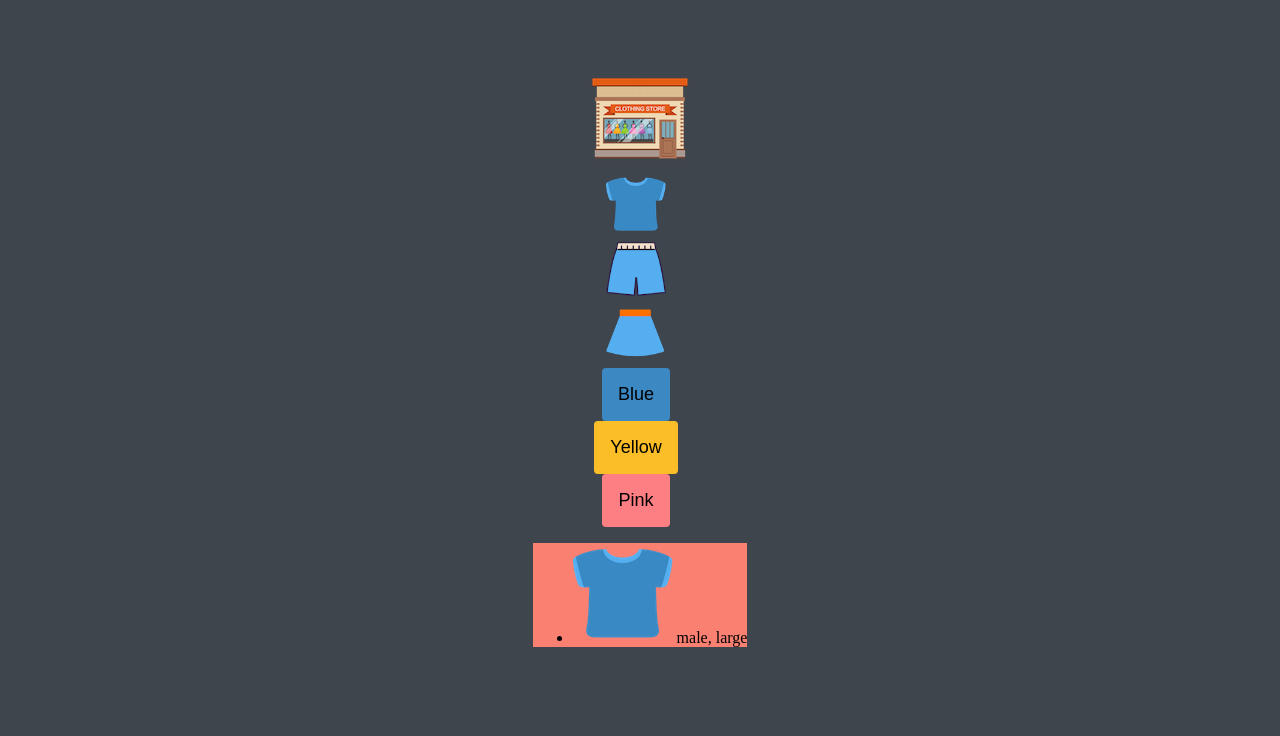
Repository: GoodHoneyCake/Dream_Coding_Academy1
Page: index.html
The author's editor kept a copy of each file at every save. The page is drawn from the files as they stood at one save, then again after the next save.
The browser window is 1280 px wide. The pictures show the whole page.

Above is the page before, as saved 2021-01-06 16:26:45.

After the next save:
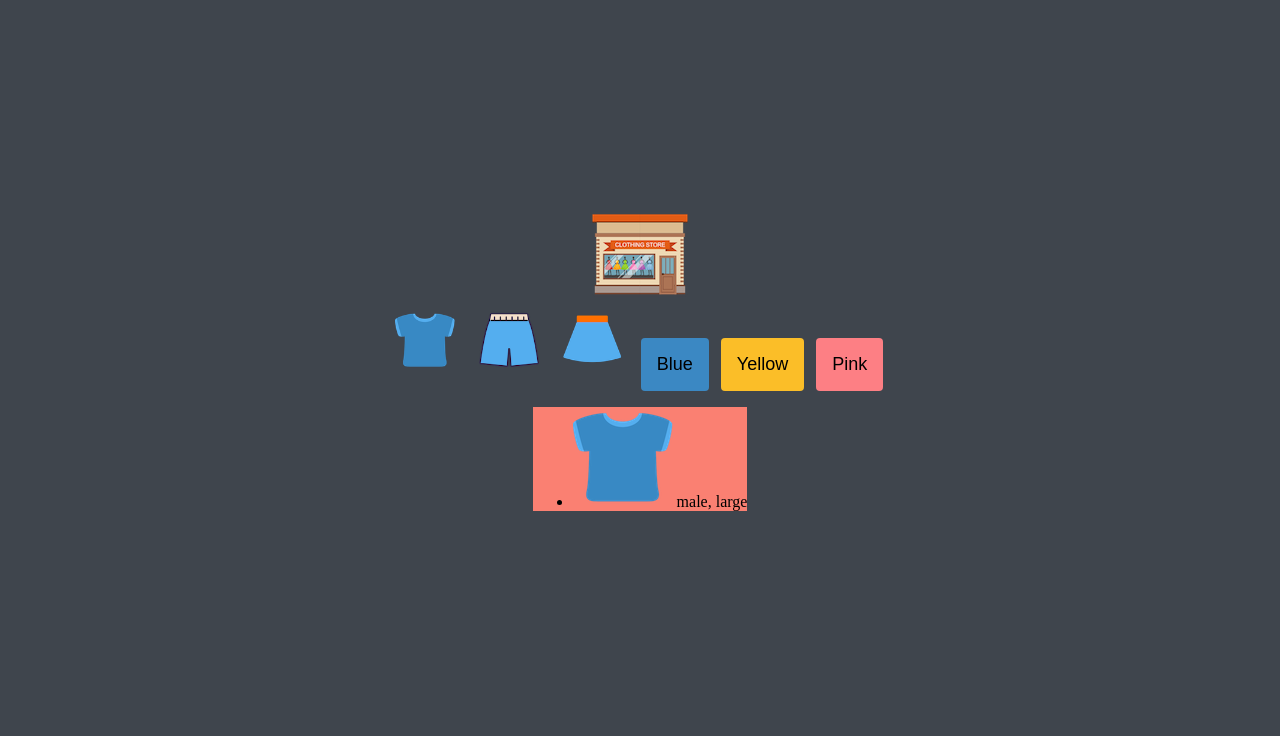
Saved 5 s later.
--- a/index.html
+++ b/index.html
@@ -11,18 +11,20 @@
     <!-- Logo -->
     <img src="img/logo.png" alt="Logo" class="logo" />
     <!-- Buttons -->
-    <button class="btn">
-      <img src="img/blue_t.png" alt="tshirt" class="imgBtn" />
-    </button>
-    <button class="btn">
-      <img src="img/blue_p.png" alt="pants" class="imgBtn" />
-    </button>
-    <button class="btn">
-      <img src="img/blue_s.png" alt="skirt" class="imgBtn" />
-    </button>
-    <button class="btn colorBtn blue">Blue</button>
-    <button class="btn colorBtn yellow">Yellow</button>
-    <button class="btn colorBtn pink">Pink</button>
+    <div>
+      <button class="btn">
+        <img src="img/blue_t.png" alt="tshirt" class="imgBtn" />
+      </button>
+      <button class="btn">
+        <img src="img/blue_p.png" alt="pants" class="imgBtn" />
+      </button>
+      <button class="btn">
+        <img src="img/blue_s.png" alt="skirt" class="imgBtn" />
+      </button>
+      <button class="btn colorBtn blue">Blue</button>
+      <button class="btn colorBtn yellow">Yellow</button>
+      <button class="btn colorBtn pink">Pink</button>
+    </div>
     <!-- Items -->
     <ul class="items">
       <li class="item">

After the 2 saves that followed:
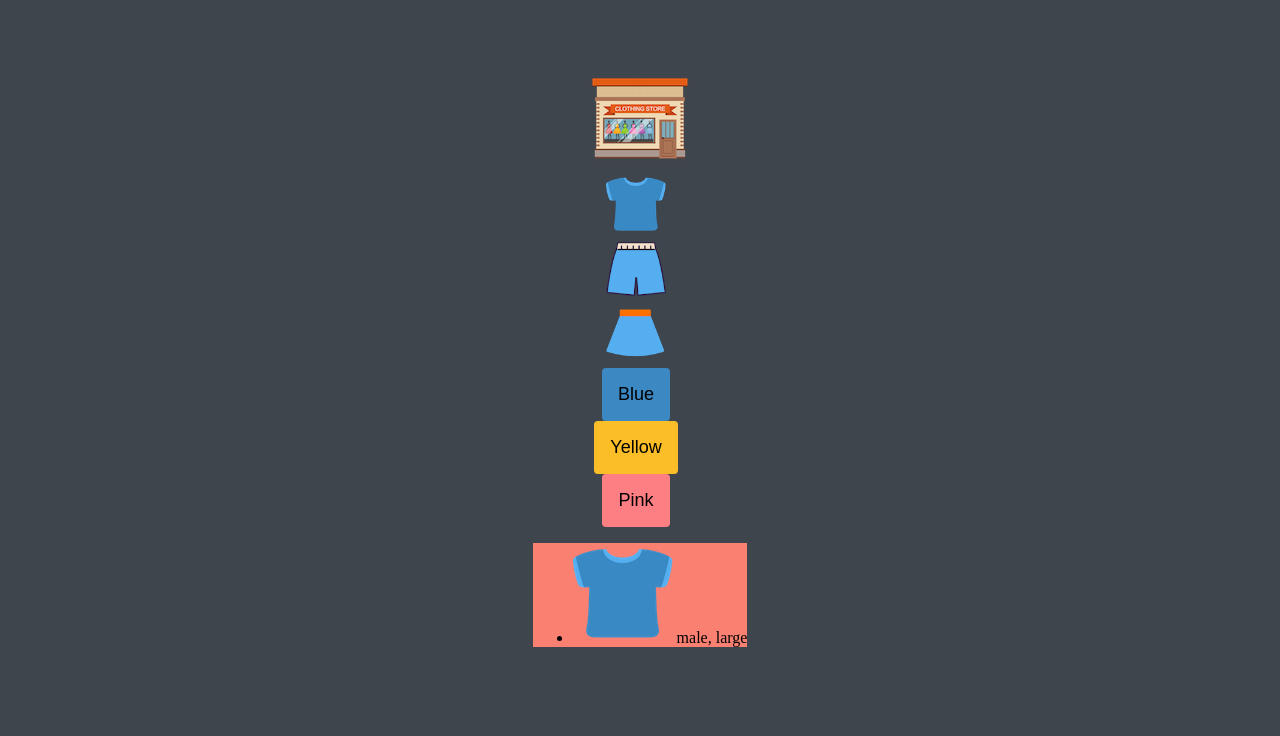
The 2 saves are shown as one change because they came seconds apart.
The last was saved 8 s later.
--- a/index.html
+++ b/index.html
@@ -11,20 +11,18 @@
     <!-- Logo -->
     <img src="img/logo.png" alt="Logo" class="logo" />
     <!-- Buttons -->
-    <div>
-      <button class="btn">
-        <img src="img/blue_t.png" alt="tshirt" class="imgBtn" />
-      </button>
-      <button class="btn">
-        <img src="img/blue_p.png" alt="pants" class="imgBtn" />
-      </button>
-      <button class="btn">
-        <img src="img/blue_s.png" alt="skirt" class="imgBtn" />
-      </button>
-      <button class="btn colorBtn blue">Blue</button>
-      <button class="btn colorBtn yellow">Yellow</button>
-      <button class="btn colorBtn pink">Pink</button>
-    </div>
+    <button class="btn">
+      <img src="img/blue_t.png" alt="tshirt" class="imgBtn" />
+    </button>
+    <button class="btn">
+      <img src="img/blue_p.png" alt="pants" class="imgBtn" />
+    </button>
+    <button class="btn">
+      <img src="img/blue_s.png" alt="skirt" class="imgBtn" />
+    </button>
+    <button class="btn colorBtn blue">Blue</button>
+    <button class="btn colorBtn yellow">Yellow</button>
+    <button class="btn colorBtn pink">Pink</button>
     <!-- Items -->
     <ul class="items">
       <li class="item">
